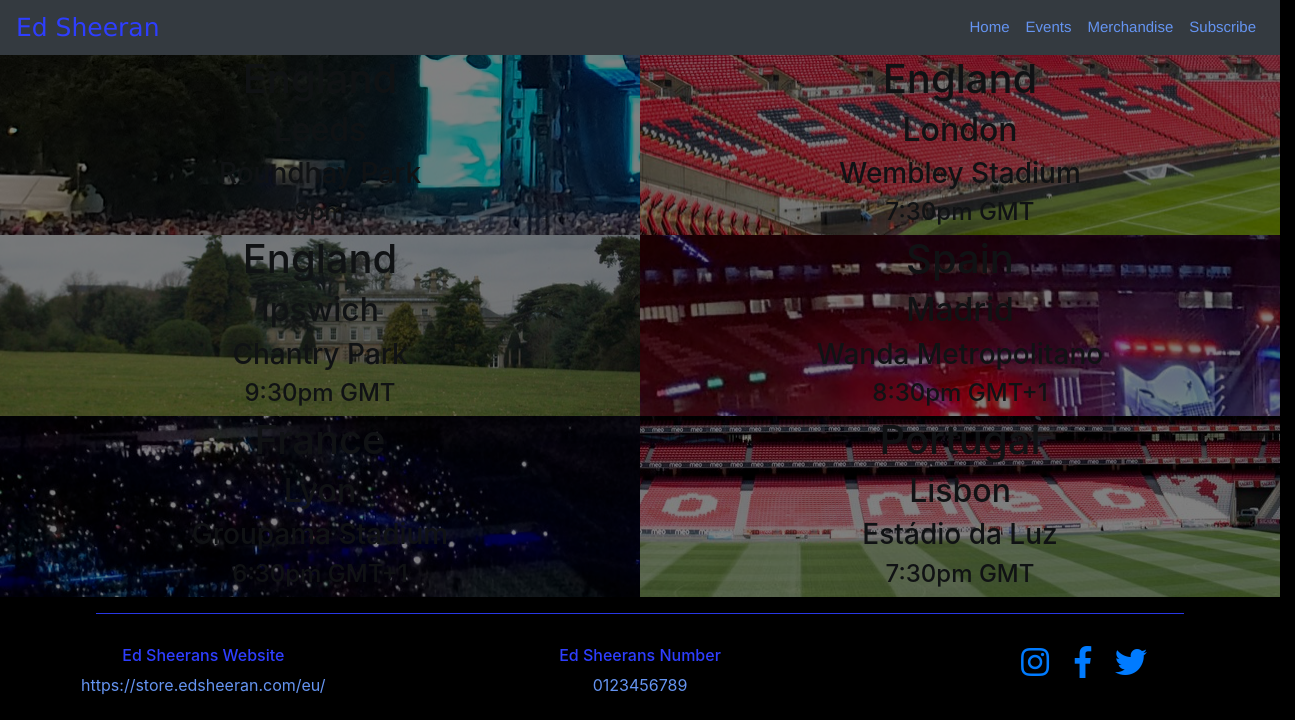
Repository: amit238/milestone-project-1
Page: events.html
The author's editor kept a record of every edit. The page is drawn from the files as they stood at one moment, then again after the next edit.
The browser window is 1280 px wide. The page is 1295 px wide, so the pictures cover 1295 px, including what lies to the right of the window. The pictures show the whole page.
The pointer rests on the first visible `.events-lisbon`.
Some web libraries are served in a nearby version.

Above is the page before.

### events.html
<!DOCTYPE html>
<html lang="en">

<head>
  <meta charset="UTF-8">
  <meta name="viewport" content="width=device-width, initial-scale=1.0">
  <meta http-equiv="X-UA-Compatible" content="ie=edge">
  <link rel="stylesheet" href="https://maxcdn.bootstrapcdn.com/bootstrap/4.2.1/css/bootstrap.min.css" type="text/css" />
  <link rel="stylesheet" href="https://use.fontawesome.com/releases/v5.0.10/css/all.css" integrity="sha384-+d0P83n9kaQMCwj8F4RJB66tzIwOKmrdb46+porD/OvrJ+37WqIM7UoBtwHO6Nlg" crossorigin="anonymous">
  <link rel="stylesheet" href="assets/css/style.css">
  <title>Ed Sheeran - User Centric Frontend Project</title>
</head>

<body>
  <nav class="navbar navbar-expand-lg navbar-dark bg-dark">
    <a class="edsheeran-brand">Ed Sheeran</a>
    <button type="button" class="navbar-toggler" data-toggle="collapse" data-target="#main-menu" aria-expanded="true">
                <span class="navbar-toggler-icon"></span>
            </button>
    <div id="main-menu" class="navbar-collapse collapse">
      <ul class="navbar-nav ml-auto">
        <li class="nav-item active"><a class="nav-link" href="index.html">Home</a></li>
        <li class="nav-item"><a class="nav-link" href="events.html">Events</a></li>
        <li class="nav-item"><a class="nav-link" href="merchandise.html">Merchandise</a></li>
        <li class="nav-item"><a class="nav-link" href="subscribe.html">Subscribe</a></li>
      </ul>
    </div>
  </nav>
  <div class="container-fluid">
    <div class="row">
      <div class="col-12 col-md-6 events-leeds">
        <div class="events-center">
          <h1>England</h1>
          <h2>Leeds</h2>
          <h3>Roundhay Park</h3>
          <h4>9pm</h4>
        </div>
      </div>
      <div class="col-12 col-md-6 events-london">
        <div class="events-center">
        <h1>England</h1>
        <h2>London</h2>
        <h3>Wembley Stadium</h3>
        <h4>7:30pm GMT</h4>
        </div>
      </div>
    </div>
    <div class="row">
      <div class="col-12 col-md-6 events-ipswich">
        <div class="events-center">
        <h1>England</h1>
        <h2>Ipswich</h2>
        <h3>Chantry Park</h3>
        <h4>9:30pm GMT</h4>
        </div>
      </div>
      <div class="col-12 col-md-6 events-madrid">
        <div class="events-center">
        <h1>Spain</h1>
        <h2>Madrid</h2>
        <h3>Wanda Metropolitano</h3>
        <h4>8:30pm GMT+1</h4>
        </div>
      </div>
    </div>
    <div class="row">
      <div class="col-12 col-md-6 events-lyon">
        <div class="events-center">
        <h1>France</h1>
        <h2>Lyon</h2>
        <h3>Groupama Stadium</h3>
        <h4>6:30pm GMT+1</h4>
        </div>
      </div>
      <div class="col-12 col-md-6 events-lisbon">
        <div class="events-center">
        <h1>Portugal</h1>
        <h2>Lisbon</h2>
        <h3>Estádio da Luz</h3>
        <h4>7:30pm GMT</h4>
        </div>
      </div>
    </div>
  </div>
  <footer>
    <hr>
    <div class="row">
      <div class="col-sm-4">
        <h6 class=footer-header>Ed Sheerans Website</h6>
        <a href="https://store.edsheeran.com/eu/" target="_blank" class=footer-p>https://store.edsheeran.com/eu/</a>
      </div>
      <div class="col-sm-4">
        <h6 class=footer-header>Ed Sheerans Number</h6>
        <p class=footer-p>0123456789</p>
      </div>
      <div class="col-sm-4">
        <ul class="list-inline social-links">
          <li class="list-inline-item"><a target="_blank" href="https://www.facebook.com"><i></i></a>
          </li>
          <li class="list-inline-item"><a target="_blank" href="https://www.instagram.com/teddysphotos/?hl=en"><i class="fab fa-instagram fa-2x fa-fw"></i></a>
            <li class="list-inline-item"><a target="_blank" href="https://en-gb.facebook.com/EdSheeranMusic"><i class="fab fa-facebook-f fa-2x fa-fw"></i></a>
              <li class="list-inline-item"><a target="_blank" href="https://twitter.com/edsheeran?lang=en"><i class="fab fa-twitter fa-2x fa-fw"></i></a>
              </li>
        </ul>
      </div>
    </div>
  </footer>
  <script src="https://code.jquery.com/jquery-3.3.1.slim.min.js" integrity="sha384-q8i/X+965DzO0rT7abK41JStQIAqVgRVzpbzo5smXKp4YfRvH+8abtTE1Pi6jizo" crossorigin="anonymous"></script>
  <script src="https://cdnjs.cloudflare.com/ajax/libs/popper.js/1.14.6/umd/popper.min.js" integrity="sha384-wHAiFfRlMFy6i5SRaxvfOCifBUQy1xHdJ/yoi7FRNXMRBu5WHdZYu1hA6ZOblgut" crossorigin="anonymous"></script>
  <script src="https://stackpath.bootstrapcdn.com/bootstrap/4.2.1/js/bootstrap.min.js" integrity="sha384-B0UglyR+jN6CkvvICOB2joaf5I4l3gm9GU6Hc1og6Ls7i6U/mkkaduKaBhlAXv9k" crossorigin="anonymous"></script>
</body>

</html>

### assets/css/style.css
body {
    background-color: #000000;
}

/*--------------------NAVBAR--------------------*/

.navbar.navbar-expand-lg.navbar-dark.bg-dark .edsheeran-brand {
    color: #2E3EFF;
    font-family: Verdana, sans-serif;
    font-size: 25px;
    font-weight: 500;


}

.navbar.navbar-expand-lg.navbar-dark.bg-dark .nav-link {
    color: #6594F1;
    font-family: Helvetica, sans-serif;
    font-size: 15px;
    font-weight: 300;

}

/*--------------------INDEX--------------------*/

/*-------CAROUSEL--------*/

.size {
    width: 100%;
}

/*--------ABOUT--------*/

.about-card {
    margin-top: 2em;
    text-align: center;
    color: #2E3EFF;
    background-color: #343A40;
}


/*-------AUDIO-------*/

.audio-card {
    margin-top: 2em;
    text-align: center;
    color: #2E3EFF;
    background-color: #343A40;
}

/*--------ALBUM-------*/

.album-card {
    margin-top: 2em;
    text-align: center;
    color: #2E3EFF;
    background-color: #343A40;
    height: 14.8em;
}

.card-text {
    color: #6594F1;
}


/*--------------------MEDIA QUERIES_INDEX--------------------*/

/*@media screen and (min-width: 1380px) {*/

@media only screen and (max-width: 1380px) {}

/*@media only screen and (max-width: 576px) {}*/

/*--------------------FOOTER--------------------*/

footer {
    text-align: center;
}

hr {
    background: #2E3EFF;
    width: 85%;
}

.footer-header {
    color: #2E3EFF;
    margin-top: 1em;
}

.list-inline {
    margin-top: 1em;
}

.footer-p {
    color: #6594F1;
}

/*-------------------------Events-------------------------*/
.events-left {
    text-align: left;
    margin: 0;
    padding: 0;
}


.events-center {
    text-align: center;
}

.events-leeds {
    background-image: url("../../roundhay-park.png");
    background-repeat: no-repeat;
    opacity: 0.5;
}

.events-leeds:hover {
    opacity: 1;
    transition-duration: 2s;
    /*transition-timing-function: ease-in;*/
}

.events-london {
    background-image: url("../../wembley-stadium.png");
    background-repeat: no-repeat;
    opacity: 0.5;
}

.events-london:hover {
    opacity: 1;
    transition-duration: 2s;
    /*transition-timing-function: ease-in;*/
}

.events-ipswich {
    background-image: url("../../chantry-park.png");
    background-repeat: no-repeat;
    opacity: 0.5;
}

.events-ipswich:hover {
    opacity: 1;
    transition-duration: 2s;
    /*transition-timing-function: ease-in;*/
}

.events-madrid {
    background-image: url("../../wanda.png");
    background-repeat: no-repeat;
    opacity: 0.5;
}

.events-madrid:hover {
    opacity: 1;
    transition-duration: 2s;
    /*transition-timing-function: ease-in;*/
}

.events-lyon {
    background-image: url("../../lyon.png");
    background-repeat: no-repeat;
    opacity: 0.5;
}

.events-lyon:hover {
    opacity: 1;
    transition-duration: 2s;
    /*transition-timing-function: ease-in;*/
}

.events-lisbon {
    background-image: url("../../estadio.png");
    background-repeat: no-repeat;
    opacity: 0.5;
}

/*-------------------------Merchandise-------------------------*/

.card-title {
    color: #2E3EFF;
}

.card-merch {
    background-color: #343A40;
    text-align: center;
}

.merchandise {
    text-align: center;
    color: #2E3EFF;
    font-weight: 600;
    margin: 1em;
}

.best-sellers {
    text-align: center;
    color: #6594F1;
    font-weight: 400;
    margin: 1em;
}

.latest-release {
    text-align: center;
    color: #6594F1;
    font-weight: 400;
    margin: 1em;
}

@media only screen and (max-width: 768px) {
    .card-merch {
        margin: 1em;
    }
}


/*-------------------------Subscribe-------------------------*/

/*.subscribe {*/

/*    text-align: center;*/

/*    color: #2E3EFF;*/

/*    font-weight: 600;*/

/*    margin-top: 1em;*/

/*}*/

.sub-background {
    background-image: url("../../ed-sheeran-singing.jpg");
    background-repeat: no-repeat;
    background-position: top;
    opacity: 0.5;
    height: 55em;
}

.sub-form {
    margin-top: 16em;
}

.form {
    padding: 1em;
}

.sub-btn {
    text-align: center;
    padding-bottom: 1em;
}

.sub-head {
    text-align: center;
    font-size: 50px;
    padding: 40px;
    margin-top: 5em;
    background-color: #2E3EFF;
}

.sub-para {
    text-align: center;
    font-size: 25px;
}

.sub-background2 {
    background-image: url("../../ed-sheeran-guitar.jpg");
    background-repeat: no-repeat;
    background-position: top center;
    opacity: 0.5;
    height: 55em;
}

.sub-issue {
    text-align: center;
    font-size: 22px;
    margin-top: 17em
}

.sub-li {
    text-align: center;
    font-size: 22px;
    margin-top: 13em
}

.sub-map {
    text-align: center;
    margin-top: 17em;
}

.phone-li {
    margin: 1em;
}

.email-li {
    margin: 1em;
}

.mail-li {
    margin: 1em;
}

.sub-footer {
    margin-top: 2em;
}


@media only screen and (max-width: 768px) {
    .sub-form {
        margin-top: 0em;
    }
    .sub-head {
        margin-top: 0em;
    }
    .form {
        padding-bottom: 2em;
    }
}

@media only screen and (max-width: 1200px) {
    .sub-background2 {
        height: 60em;
    }
    .sub-issue {
        margin-top: 1em
    }
    .sub-li {
        margin-top: 1em;
    }
    .sub-map {
        margin-top: 1em
    }
}

@media only screen and (max-width: 435px) {
    .sub-map {
        display: none;
    }
}

@media only screen and (max-width: 352px) {
    .form {
        padding-bottom: 1em;
    }

    .sub-btn {
        padding-bottom: 0em;
    }
}

.sub-background:hover {
    opacity: 1;
    transition-duration: 2s;
    /*transition-timing-function: ease-in;*/
}

.sub-background2:hover {
    opacity: 1;
    transition-duration: 2s;
    /*transition-timing-function: ease-in;*/
}

After the next edit:
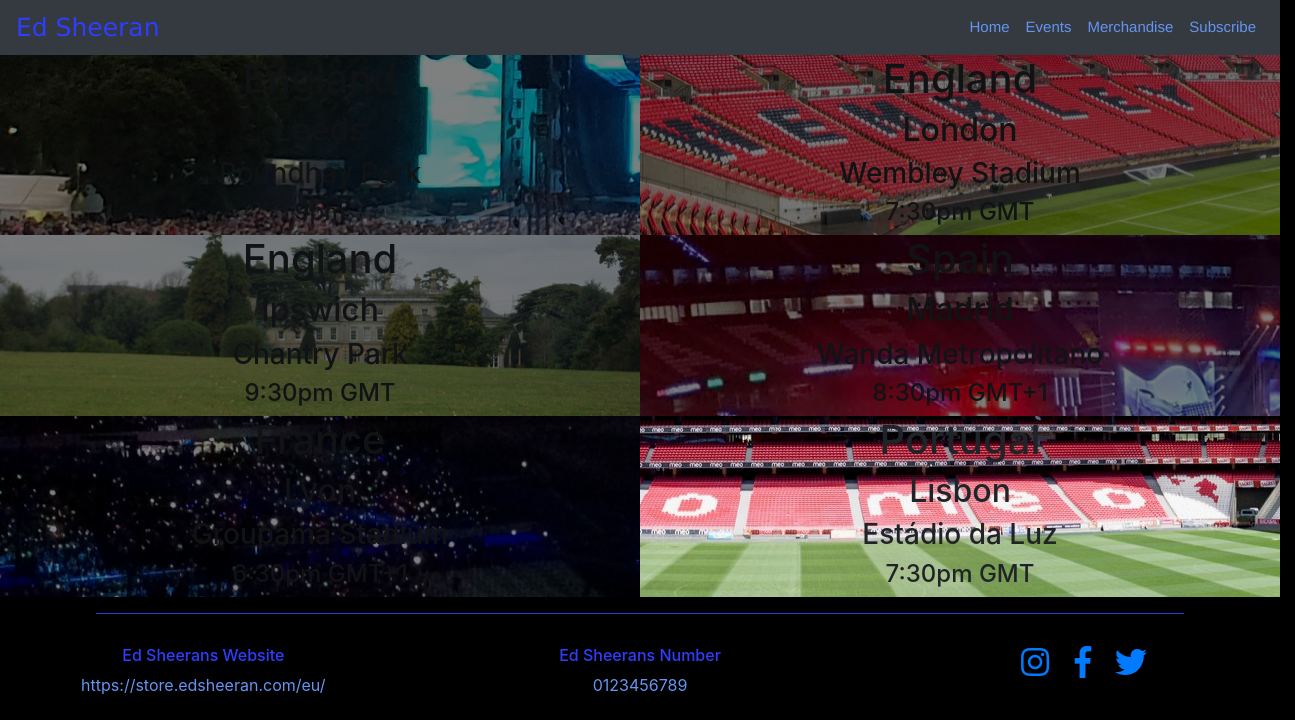
The edit:
--- a/assets/css/style.css
+++ b/assets/css/style.css
@@ -173,6 +173,12 @@
     opacity: 0.5;
 }
 
+.events-lisbon:hover {
+    opacity: 1;
+    transition-duration: 2s;
+    /*transition-timing-function: ease-in;*/
+}
+
 /*-------------------------Merchandise-------------------------*/
 
 .card-title {
